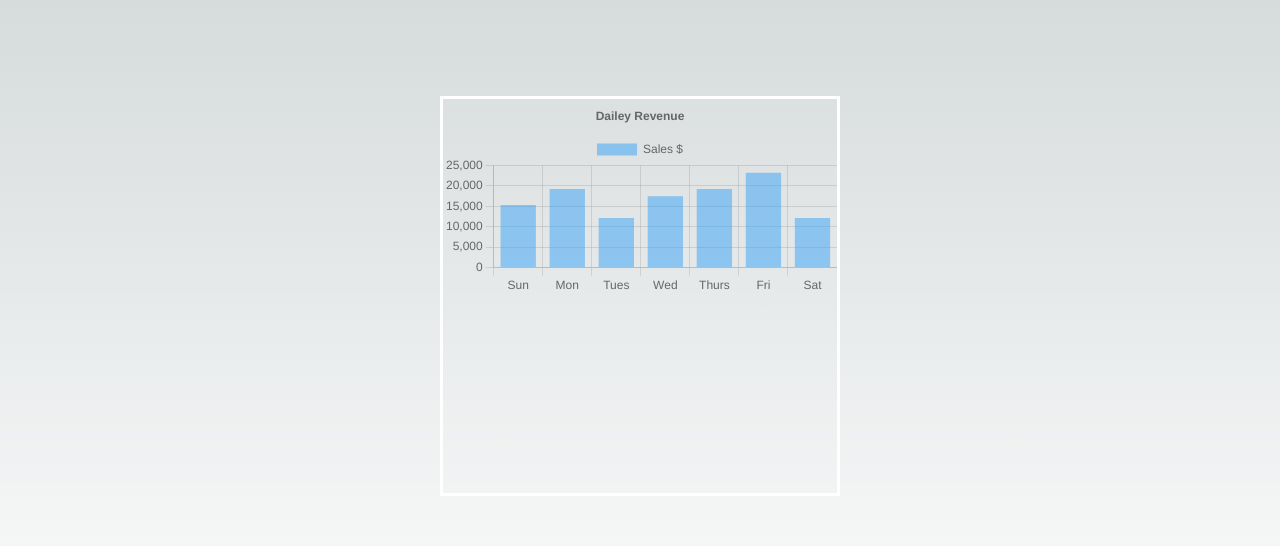
Repository: sierralaurent/MDIA2109-Class12
Page: /
The author's editor kept a copy of each file at every save. The page is drawn from the files as they stood at one save, then again after the next save.
The browser window is 1280 px wide. The pictures show the whole page.
The project was rebuilt for these pictures with package versions that can differ from the ones it lists, and the page was loaded fresh each time. The framework's server and built-in components were replaced by stand-ins that run in the browser. Also part of the build but not shown: next.config.js.

Above is the page before, as saved 2023-03-24 09:05:53.

After the next save:
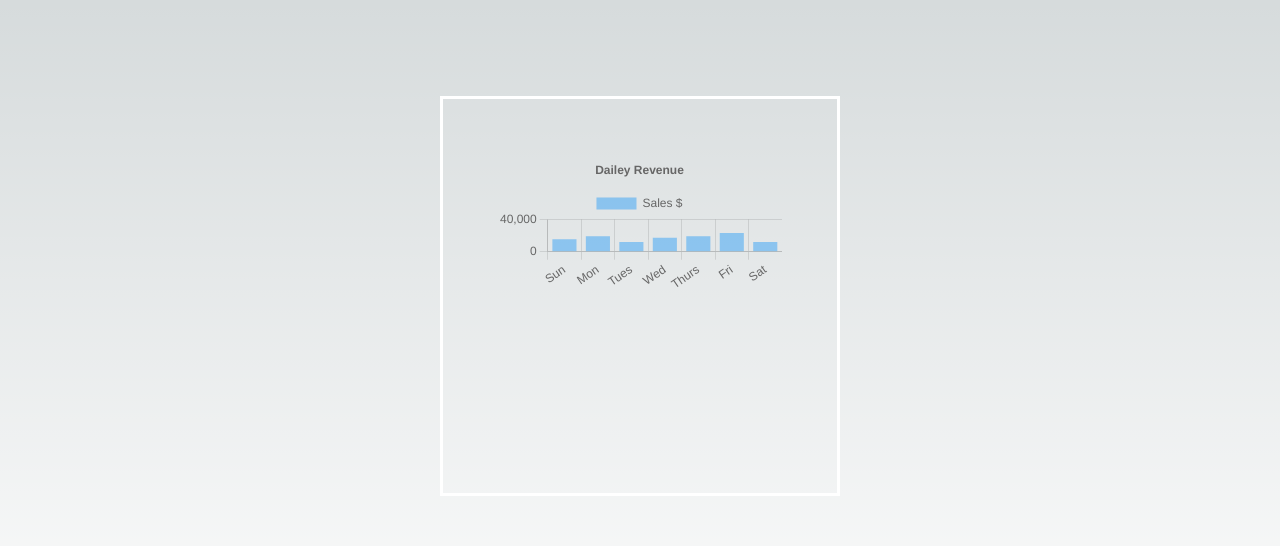
Saved 8 s later.
--- a/components/BarChart/BarChart.module.css
+++ b/components/BarChart/BarChart.module.css
@@ -2,4 +2,5 @@
     width: 400px;
     height: 400px;
     border: 3px solid white;
+    padding: 5%;
 }
